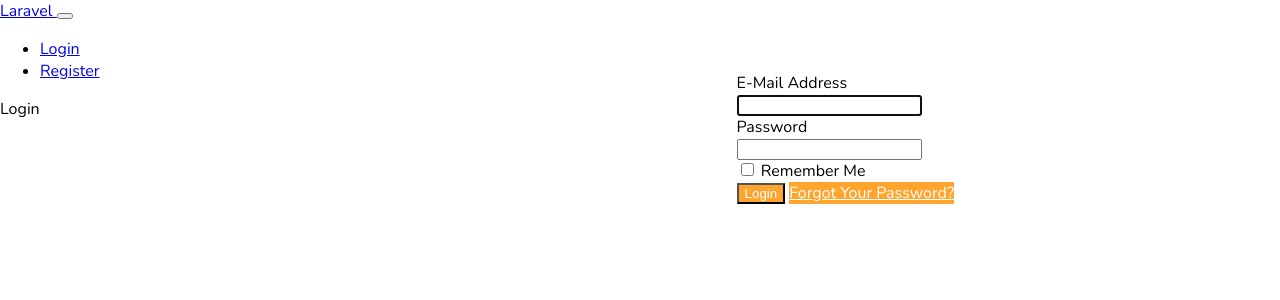
Repository: PatryxB/libraryBook
Page: http://localhost/login
The author's editor kept a copy of each file at every save. The page is drawn from the files as they stood at one save, then again after the next save.
The browser window is 1280 px wide. The pictures show the whole page.
The page is served by the project's Laravel application, run on PHP 8.4 with Laravel 8. Style sheets and scripts are compiled from the project's sources, by tool versions that may differ from the author's.

Above is the page before, as saved 2020-05-14 13:44:08.

After the next save:
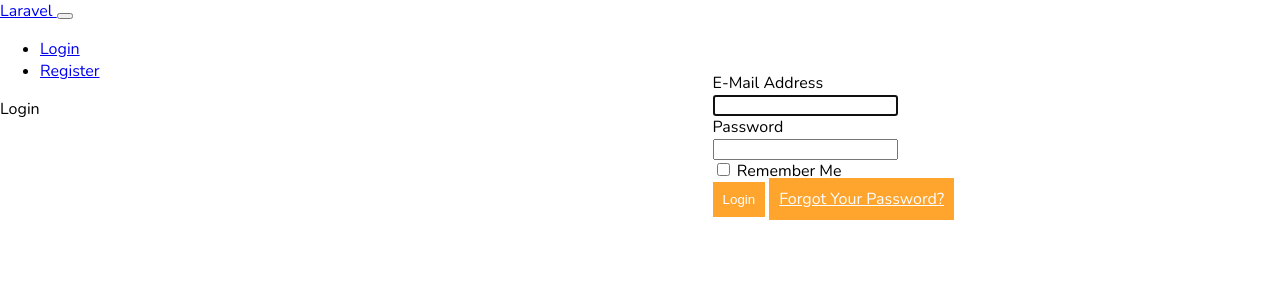
Saved 17 s later.
--- a/resources/sass/app.scss
+++ b/resources/sass/app.scss
@@ -35,4 +35,6 @@ form{
 .btn{
     background-color: rgb(255, 165, 46);
     color: white;
+    border: none;
+    padding: 10px;
 }
